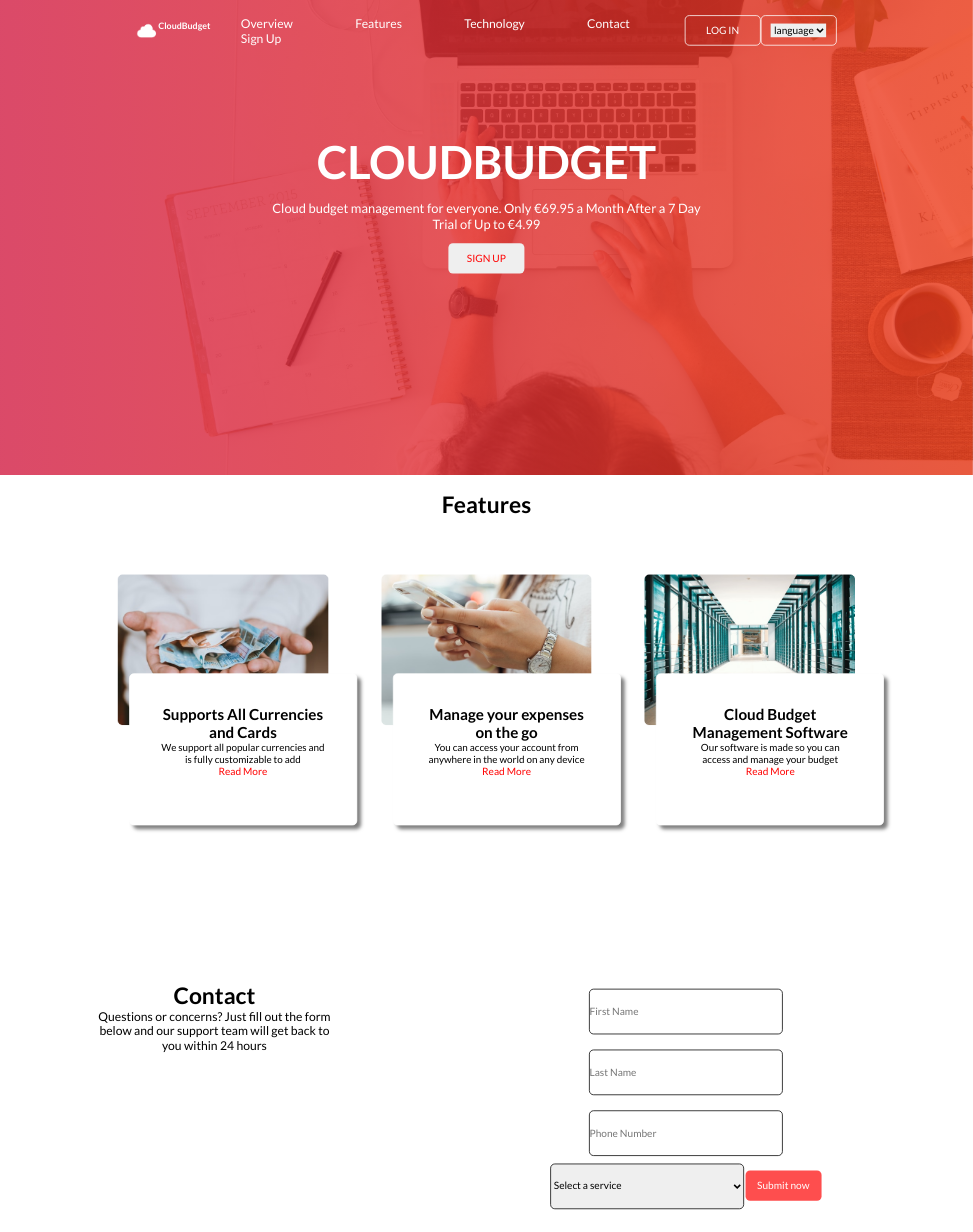
Repository: havvanurrana/website3
Page: index.html
These files come from the project's save history. The page is drawn as it stood at one moment and after the next save; the edit follows.
The browser window is 1280 px wide. The pictures show the whole page, at 76% of full size.

Above is the page before, as saved 2024-07-30 21:27:00.
Console error: TypeError: Cannot read properties of null (reading 'addEventListener')

After the next save:
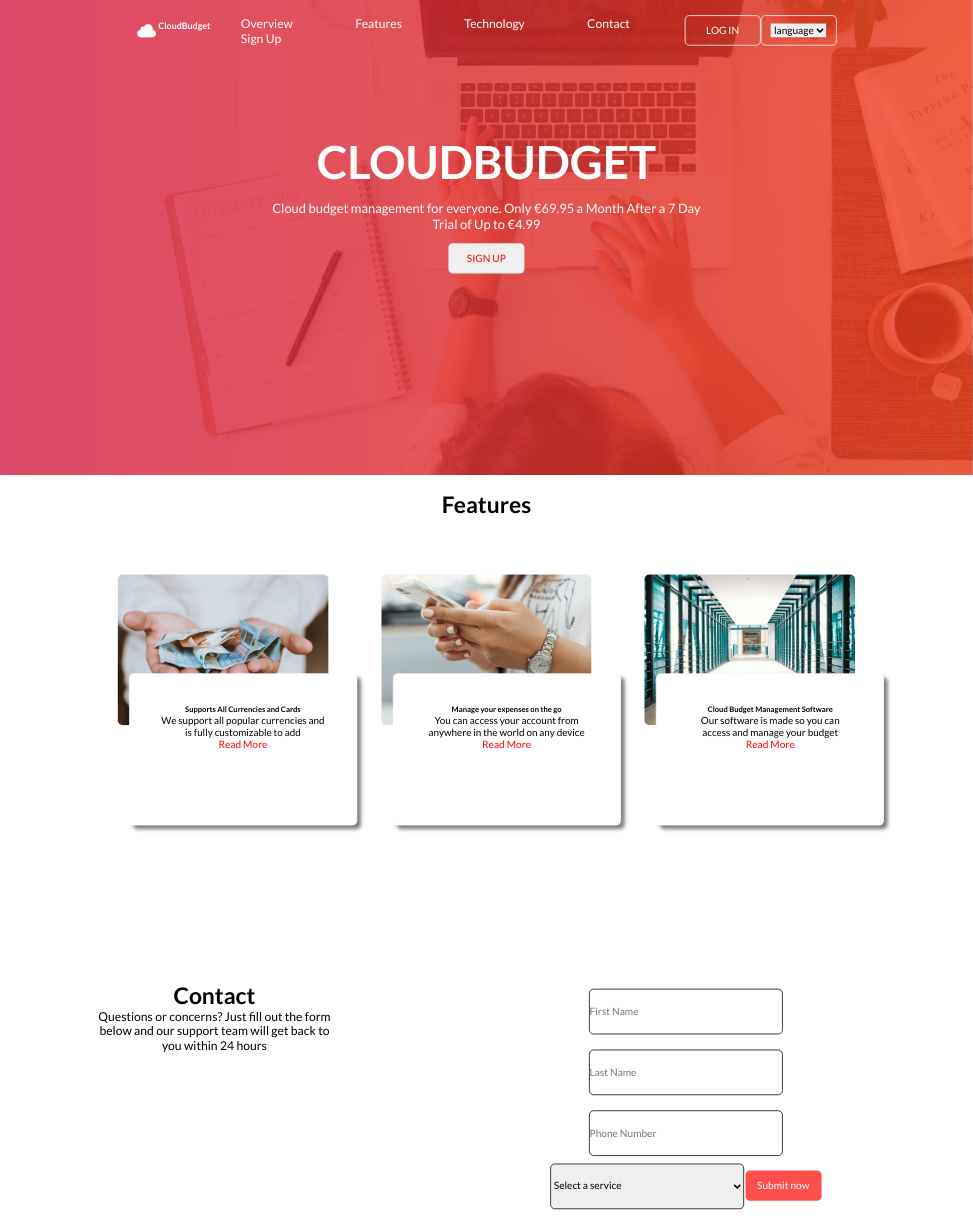
Saved 9 min 6 s later.
--- a/style.css
+++ b/style.css
@@ -108,8 +108,8 @@
 .featureshead{
    text-align: center;
    justify-content: center;
-   margin: 10px;
-   padding: 10px;
+   margin: 1rem;
+   padding: 1rem;
 }
 /* Kartlar*/
 .features{
@@ -119,7 +119,7 @@
    padding: 0 7%;
 }
 .featurescard{
-   border-radius: 6px;
+   border-radius:0.6rem;
    border: 1px, solid, rgb(255, 255, 255);
    width: 30rem;
    height: 20rem;
@@ -135,18 +135,18 @@
 .featuressection{
    justify-content: center;
    align-items: center;
-   margin: 10px;
-   padding: 25px;
+   margin: 1rem;
+   padding: 2.5rem;
 }
 .features img{
    width: 100%;
    object-fit: cover;
 }
 .featurescard h1{
-   font-size: 20px;
+   font-size: 1rem;
 }
 .featurescard p{
-   font-size: 13px;
+   font-size: 1.3rem;
 }
 .featurescard button{
    border: none;

After the save that followed:
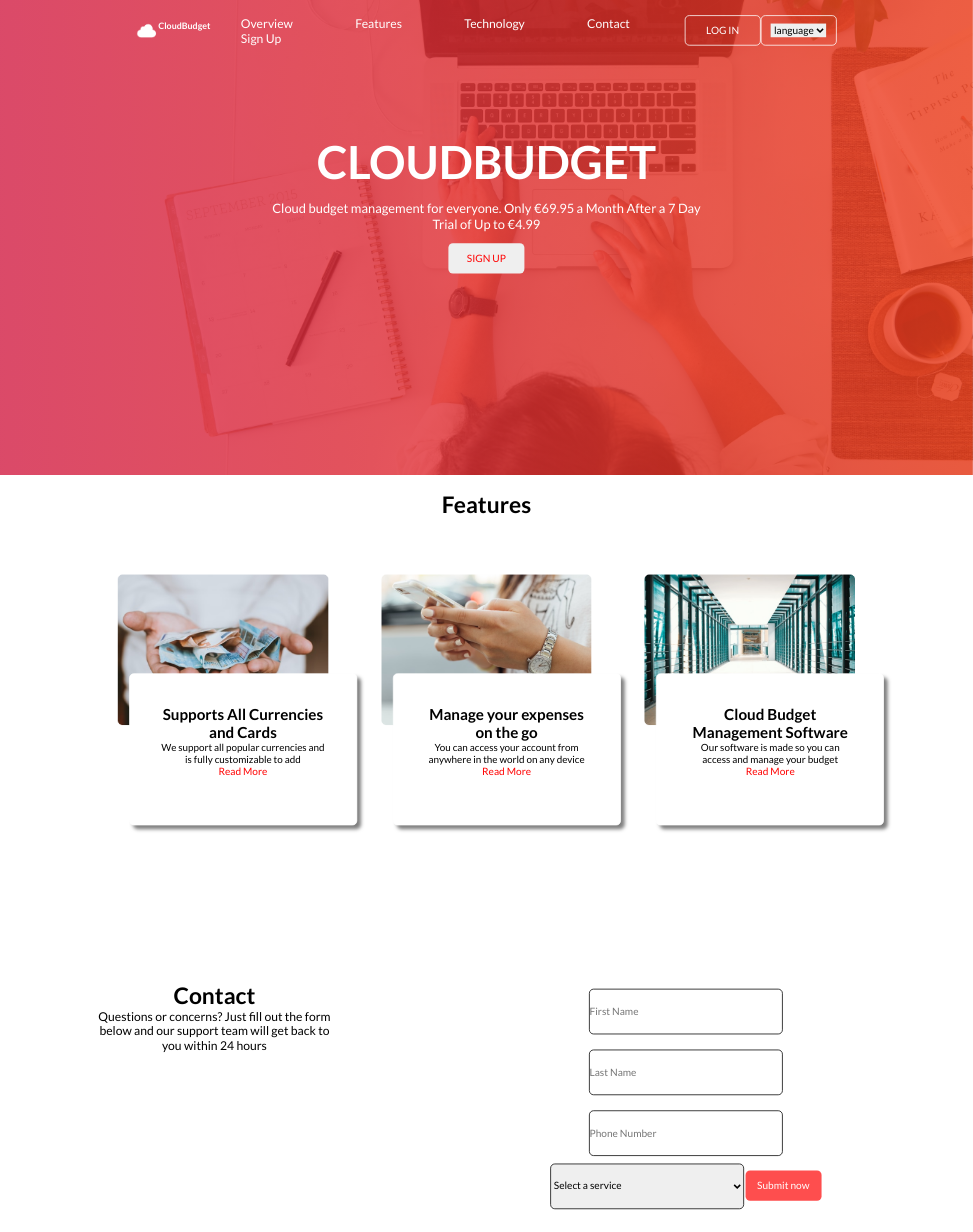
Saved 29 s later.
--- a/style.css
+++ b/style.css
@@ -143,7 +143,7 @@
    object-fit: cover;
 }
 .featurescard h1{
-   font-size: 1rem;
+   font-size: 2rem;
 }
 .featurescard p{
    font-size: 1.3rem;
